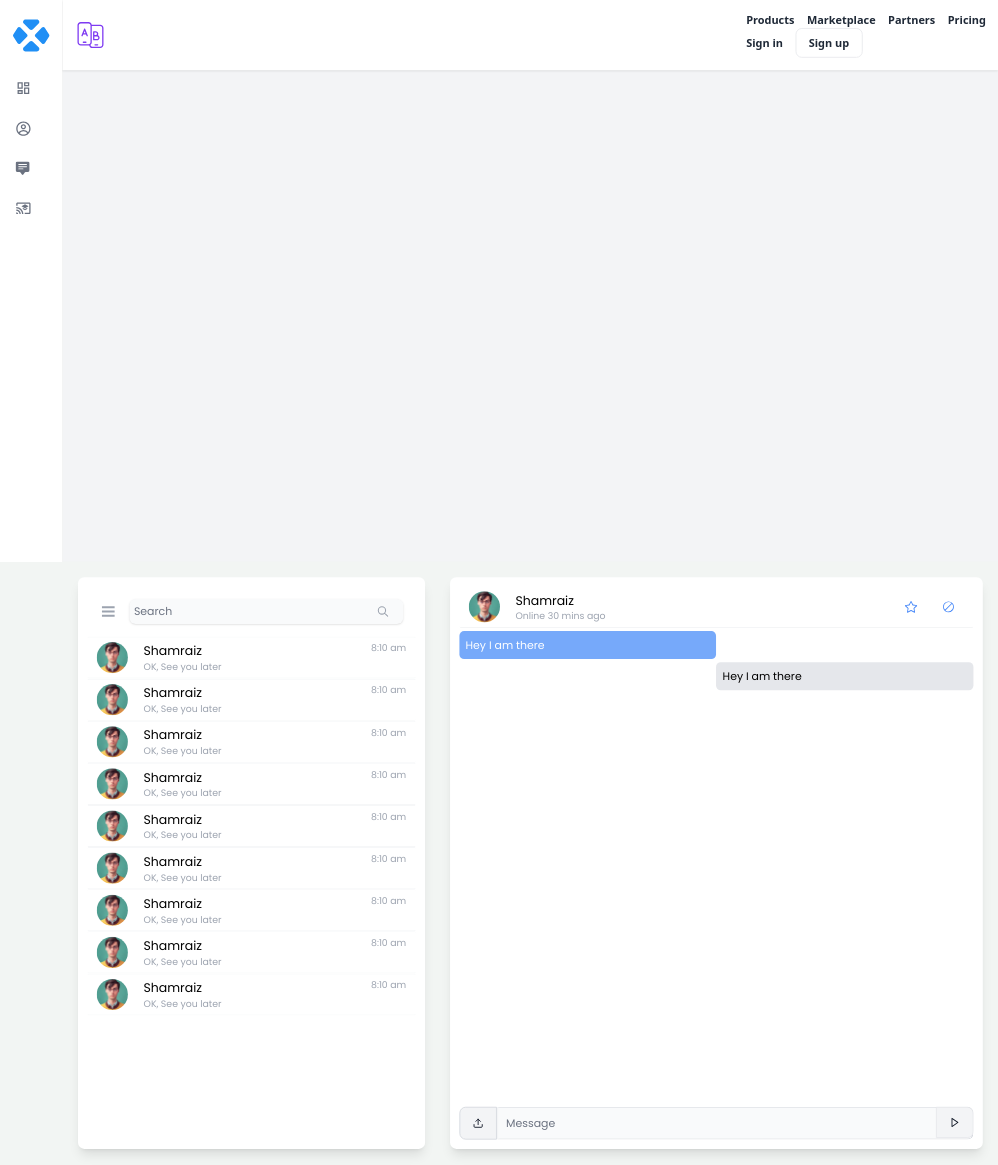
Repository: Shamraiz761/Frontend-Assessment
Page: /chat
These files come from the project's save history. The page is drawn as it stood at one moment and after the next save; the edit follows.
The browser window is 1280 px wide. The pictures show the whole page, at 78% of full size.
The project was rebuilt for these pictures with package versions that can differ from the ones it lists, and the page was loaded fresh each time. Also part of the build but not shown: vite.config.js, src/routes/root.jsx, src/pages/orders/index.jsx, src/pages/submission/index.jsx, src/pages/admin/index.css, src/components/admin/card.jsx, src/components/admin/addCard.jsx, src/pages/admin/index.jsx and 3 more. Imported but missing from the stored project, and not drawn on this page: src/pages/auth/login, src/pages/tasks, src/routes/profileLayout.

Above is the page before, as saved 2023-07-06 13:45:56.

### src/main.jsx
import ReactDOM from 'react-dom/client'

import React from 'react'

import App from './App.jsx'
import './index.css'

ReactDOM.createRoot(document.getElementById('root')).render(
  <React.StrictMode>
    <App />
  </React.StrictMode>,
)

### src/App.jsx
import React from 'react'
import { DndProvider } from 'react-dnd'
import { HTML5Backend } from 'react-dnd-html5-backend'
import 'flowbite'

import AppRoutes from './routes'

export default function App() {
  return (
    <DndProvider backend={HTML5Backend}>
      <AppRoutes />
    </DndProvider>
  )
}

### src/index.css
@import url("https://fonts.googleapis.com/css2?family=Poppins:wght@400;500;600;700;800;900&display=swap");

@tailwind base;
@tailwind components;
@tailwind utilities;

* {
  margin: 0;
  padding: 0;
}

body {
  margin: 0;
  font-family: "Poppins", -apple-system, BlinkMacSystemFont, "Segoe UI",
    "Roboto", "Oxygen", "Ubuntu", "Cantarell", "Fira Sans", "Droid Sans",
    "Helvetica Neue", sans-serif;
  -webkit-font-smoothing: antialiased;
  -moz-osx-font-smoothing: grayscale;
  width: 100vw;
  overflow-x: hidden;
  background-color: #f2f5f3;
  /* background: linear-gradient(180deg, #faefe8 0%, #edc7ac 100%); */
}

code {
  font-family: source-code-pro, Menlo, Monaco, Consolas, "Courier New",
    monospace;
}

.pointer-cursor {
  cursor: pointer;
}

.cusBorder {
  border: 1px solid #000;
  border-radius: 5px;
}

img {
  cursor: pointer;
}
.errors {
  color: #dc3545;
  padding: 0;
  margin: 0;
  font-size: 12px;
}
.loader {
  position: fixed;
  top: 0;
  bottom: 0;
  left: 0;
  right: 0;
  background-color: rgba(47, 151, 161, 0.32);

  display: flex;
  justify-content: center;
  align-items: center;
}

.link {
  color: #000;
  cursor: pointer;
  text-decoration: none;
}
.link:hover {
  color: #000;
}

.trans-btn {
  background-color: transparent;
  border: none;
}
.profile-logout-btn {
  border: 0;
}
.profile-logout-btn:hover {
  border: 0;
}
.profile-btn {
  border-radius: 0;
  border: 0;
}
.logout-btn {
  border-radius: 0;
  border: 0;
}
.logout-btn:hover {
  background-color: rgba(220, 53, 69, 0.5);
  border: 0;
  color: #fff;
}
.breadcrumbs ul {
  list-style: none;
  display: inline-block;
}

.breadcrumbs ul li {
  display: inline;
}

.breadcrumbs ul li .bc-link {
  /* display: block; */
  width: max-content;
  background-color: #f8f9fa;
  padding: 6px 15px 6px 25px;
  text-align: center;
  position: relative;
  margin: 0 10px 0 0;
  font-size: 15px;
  text-decoration: none;
  color: #000;
}
.breadcrumbs ul li .bc-link::after {
  content: "";
  border-top: 17px solid transparent;
  border-bottom: 17px solid transparent;
  border-left: 17px solid #f8f9fa;
  position: absolute;
  top: 0;
  right: -17px;
  z-index: 1;
}
.breadcrumbs ul li .bc-link::before {
  content: "";
  border-top: 17px solid transparent;
  border-bottom: 17px solid transparent;
  border-left: 17px solid #71cdd5;
  position: absolute;
  top: 0;
  left: 0;
}
.breadcrumbs ul li:first-child .bc-link {
  border-top-left-radius: 5px;
  border-bottom-left-radius: 5px;
}
.breadcrumbs ul li:first-child .bc-link::before {
  display: none;
}

.breadcrumbs ul li:last-child .bc-link {
  padding-right: 20px;
  border-top-right-radius: 5px;
  border-bottom-right-radius: 5px;
}
.breadcrumbs ul li:last-child .bc-link::after {
  display: none;
}

@media screen and (max-width: 500px) {
  .breadcrumbs ul li .bc-link {
    /* display: block; */
    padding: 2px 2px 2px 13px;
    /* margin: 0 10px 0 0; */
    font-size: 14px;
  }

  .breadcrumbs ul li .bc-link::after {
    content: "";
    border-top: 11.6px solid transparent;
    border-bottom: 11.6px solid transparent;
    border-left: 11.6px solid #f8f9fa;
    position: absolute;
    top: 0;
    right: -11.6px;
    z-index: 1;
  }
  .breadcrumbs ul li .bc-link::before {
    content: "";
    border-top: 11.6px solid transparent;
    border-bottom: 11.6px solid transparent;
    border-left: 11.6px solid #71cdd5;
    position: absolute;
    top: 0;
    left: 0;
  }
  .breadcrumbs ul li:last-child .bc-link {
    padding-right: 5px;
  }
}

@media screen and (max-width: 350px) {
  .breadcrumbs ul li .bc-link {
    /* display: block; */
    padding: 2px 2px 2px 12px;
    /* margin: 0 10px 0 0; */
    font-size: 10px;
  }

  .breadcrumbs ul li .bc-link::after {
    content: "";
    border-top: 9px solid transparent;
    border-bottom: 9px solid transparent;
    border-left: 9px solid #f8f9fa;
    position: absolute;
    top: 0;
    right: -9px;
    z-index: 1;
  }
  .breadcrumbs ul li .bc-link::before {
    content: "";
    border-top: 9px solid transparent;
    border-bottom: 9px solid transparent;
    border-left: 9px solid #edc7ac;
    position: absolute;
    top: 0;
    left: 0;
  }
  .breadcrumbs ul li:last-child .bc-link {
    padding-right: 5px;
  }
}

/* ********************************************** */

### src/routes/index.jsx
import {
  createBrowserRouter,
  createRoutesFromElements,
  RouterProvider,
  Route,
} from "react-router-dom";

import * as React from "react";

import Layout from "./layout";
import Root from "./root";

import Login from "../pages/auth/login";
import Chat from "../pages/chat";
import UserChat from "../components/chat/userChat";
import ProfileLayout from "./profileLayout";
import Tasks from "../pages/tasks";
import Orders from "../pages/orders";
import Submission from "../pages/submission";
import Admin from "../pages/admin";
import MarketPlace from "../pages/marketplace";
import View from "../pages/view";

export default function AppRoutes() {
  const router = createBrowserRouter(
    createRoutesFromElements(
      <Route>
        <Route path="/login" element={<Login />} />

        <Route element={<Layout />}>
          <Route path="/chat" element={<Chat />}>
            <Route path="userchat" element={<UserChat />} />
          </Route>
          <Route path="/marketplace" element={<MarketPlace />} />
          <Route path="/view" element={<View />} />

          <Route path={"/"} element={<ProfileLayout />}>
            {/* Add Task order payment submit route here */}
            <Route path="/admin" element={<Admin />} />
            <Route path="/" element={<Tasks />} />
            <Route path="/orders" element={<Orders />} />
            <Route path="/tasks" element={<Tasks />} />
            <Route path="/submission" element={<Submission />} />
          </Route>
        </Route>
      </Route>
    )
  );

  return <RouterProvider router={router} />;
}

### src/pages/chat/index.jsx
import { VscThreeBars } from "react-icons/vsc";

import React from "react";

import UserChat from "../../components/chat/userChat";
import ChatsCard from "../../components/chat/chatsCard";

function Chat() {
  return (
    <div className="m-5 grid grid-cols-1 md:grid-cols-5  gap-8 flex-wrap">
      <div className="col-span-1 md:col-span-2 p-3 bg-white rounded-lg shadow-lg min-h-screen">
        <form className="m-4">
          <div className="flex items-center">
            <VscThreeBars className=" mr-4   rounded-lg text-gray-400 cursor-pointer text-2xl" />
            <div className="relative w-full  ">
              <input
                type="search"
                id='location-search"'
                className=" p-1.5 w-full focus:ring-gray-300  z-20 text-sm text-gray-200 bg-gray-50 shadow rounded-lg"
                placeholder="Search"
                required
                style={{ border: "none", outline: "none" }}
              />

              <button
                type="submit"
                className="absolute top-0 right-0 p-1.5 text-sm font-medium text-gray-400  rounded-r-lg   "
              >
                <svg
                  aria-hidden="true"
                  className="w-4 h-4 mr-3 mt-0.5"
                  fill="none"
                  stroke="currentColor"
                  viewBox="0 0 24 24"
                  xmlns="http://www.w3.org/2000/svg"
                >
                  <path
                    strokeLinecap="round"
                    strokeLinejoin="round"
                    strokeWidth={2}
                    d="M21 21l-6-6m2-5a7 7 0 11-14 0 7 7 0 0114 0z"
                  />
                </svg>
                <span className="sr-only">Search</span>
              </button>
            </div>
          </div>
        </form>
        <ChatsCard />
        <ChatsCard />
        <ChatsCard />
        <ChatsCard />
        <ChatsCard />
        <ChatsCard />
        <ChatsCard />
        <ChatsCard />
        <ChatsCard />
      </div>

      <UserChat />
    </div>
  );
}

export default Chat;

### src/components/chat/userChat.jsx
import { VscCircleSlash } from "react-icons/vsc";
import { BsStar } from "react-icons/bs";
import { FiUpload } from "react-icons/fi";
import { BiRightArrow } from "react-icons/bi";

import React from "react";

import Profile from "../../assets/images/profilePic.jpg";

function UserChat() {
  return (
    <div className="col-span-1 md:col-span-3 p-3  bg-white rounded-lg shadow-lg overflow-y">
      {" "}
      <div className="flex flex-row  px-3 py-1.5  border-b border-gray-100 rounded-sm ">
        <img src={Profile} className="h-10 w-10 rounded-full" />
        <div className="ml-5 flex flex-row justify-between w-full ">
          <div>
            {" "}
            <h1>Shamraiz</h1>{" "}
            <p className="text-xs font-thin text-gray-400">
              Online 30 mins ago
            </p>
          </div>
          <div className="flex flex-row items-center">
            <BsStar className="text-blue-500 mr-8" />
            <VscCircleSlash className="text-blue-500 mr-3" />
          </div>
        </div>
      </div>
      <div className="chats ">
        <p className="text-sm bg-blue-400 rounded-md my-1 p-2 text-white flex flex-col  justify-end w-1/2">
          Hey I am there
        </p>

        <p className="text-sm bg-gray-200 rounded-md p-2  flex flex-col float-right justify-end w-1/2">
          Hey I am there
        </p>
      </div>
      <div
        className="flex flex-col w-full  justify-end "
        style={{ height: "80vh" }}
      >
        <form className=" ">
          <div className="flex">
            <button
              id="dropdown-button"
              data-dropdown-toggle="dropdown"
              className="flex-shrink-0 z-10 inline-flex items-center py-2.5 px-4 text-sm font-medium text-center text-gray-900 bg-gray-100 border border-gray-300 dark:border-gray-700 dark:text-white rounded-l-lg hover:bg-gray-200  focus:outline-none "
              type="button"
            >
              <FiUpload />
            </button>
            <div
              id="dropdown"
              className="z-10 hidden bg-white divide-y divide-gray-100 rounded-lg shadow w-44 dark:bg-gray-700"
            >
              <ul
                className="py-2 text-sm text-gray-700 dark:text-gray-200"
                aria-labelledby="dropdown-button"
              >
                <li>
                  <a
                    href="#"
                    className="block px-4 py-2 hover:bg-gray-100 dark:hover:bg-gray-600 dark:hover:text-white"
                  >
                    Photo
                  </a>
                </li>
                <li>
                  <a
                    href="#"
                    className="block px-4 py-2 hover:bg-gray-100 dark:hover:bg-gray-600 dark:hover:text-white"
                  >
                    Vedio
                  </a>
                </li>
                <li>
                  <a
                    href="#"
                    className="block px-4 py-2 hover:bg-gray-100 dark:hover:bg-gray-600 dark:hover:text-white"
                  >
                    Document
                  </a>
                </li>
                <li>
                  <a
                    href="#"
                    className="block px-4 py-2 hover:bg-gray-100 dark:hover:bg-gray-600 dark:hover:text-white"
                  >
                    Finance
                  </a>
                </li>
              </ul>
            </div>
            <div className="relative w-full">
              <input
                type="search"
                id="search-dropdown"
                className="block p-2.5 w-full z-20 text-sm text-gray-900 bg-gray-50 rounded-r-lg border-l-gray-100 border-l-2 border border-gray-300 focus:ring-blue-500 focus:border-blue-500 dark:bg-gray-700 dark:border-gray-600 dark:placeholder-gray-400 dark:text-white dark:focus:border-blue-500"
                placeholder="Message"
              />
              <button
                type="submit"
                className="absolute top-0 right-0 z-10 py-3 px-4 text-sm font-medium text-gray-900 bg-gray-100 rounded-r-lg border "
              >
                <BiRightArrow />
              </button>
            </div>
          </div>
        </form>
      </div>
    </div>
  );
}

export default UserChat;

### src/routes/index.css
.sidebar {
    transition: all 0.2s ease-in;
}
.hidden-link {
    transition: all 1s ease-in;
}

### src/components/header/index.jsx
import { IoIosNotifications } from "react-icons/io";
import { Dropdown } from "flowbite-react";
import { CgProfile } from "react-icons/cg";

import React from "react";
import { Link } from "react-router-dom";

function Header() {
  const [notification, setNotification] = React.useState(false);
  const [profile, setProfile] = React.useState(false);

  return (
    <div>
      {/* component */}

      <div class="bg-gray-100 font-sans w-full min-h-screen m-0">
        <div class="bg-white shadow">
          <div class="container mx-auto px-4">
            <div class="flex items-center justify-between py-4">
              <div>
                <svg
                  xmlns="http://www.w3.org/2000/svg"
                  class="w-10 h-10 text-purple-600"
                  viewBox="0 0 24 24"
                >
                  <path
                    fill="currentColor"
                    d="M14.5,16 C14.2238576,16 14,15.7761424 14,15.5 L14,9.5 C14,9.22385763 14.2238576,9 14.5,9 L16,9 C17.1045695,9 18,9.8954305 18,11 C18,11.4116588 17.8756286,11.7942691 17.6624114,12.1123052 C18.4414283,12.3856578 19,13.1275982 19,14 C19,15.1045695 18.1045695,16 17,16 L14.5,16 Z M15,15 L17,15 C17.5522847,15 18,14.5522847 18,14 C18,13.4477153 17.5522847,13 17,13 L15,13 L15,15 Z M15,12 L16,12 C16.5522847,12 17,11.5522847 17,11 C17,10.4477153 16.5522847,10 16,10 L15,10 L15,12 Z M12.9499909,4 L19.5,4 C20.8807119,4 22,5.11928813 22,6.5 L22,19.5 C22,20.8807119 20.8807119,22 19.5,22 L13.5,22 C12.2700325,22 11.2475211,21.1117749 11.0389093,19.9417682 C10.8653433,19.9799013 10.6850188,20 10.5,20 L4.5,20 C3.11928813,20 2,18.8807119 2,17.5 L2,4.5 C2,3.11928813 3.11928813,2 4.5,2 L10.5,2 C11.709479,2 12.7183558,2.85887984 12.9499909,4 Z M13,5 L13,17.5 C13,18.3179089 12.6072234,19.0440799 12,19.5001831 C12.0000989,20.3285261 12.6716339,21 13.5,21 L19.5,21 C20.3284271,21 21,20.3284271 21,19.5 L21,6.5 C21,5.67157288 20.3284271,5 19.5,5 L13,5 Z M8.56005566,11.4964303 C8.54036595,11.4987873 8.52032459,11.5 8.5,11.5 L6.5,11.5 C6.47967541,11.5 6.45963405,11.4987873 6.43994434,11.4964303 L5.96423835,12.6856953 C5.86168164,12.9420871 5.57069642,13.066795 5.31430466,12.9642383 C5.0579129,12.8616816 4.93320495,12.5706964 5.03576165,12.3143047 L7.03576165,7.31430466 C7.20339081,6.89523178 7.79660919,6.89523178 7.96423835,7.31430466 L9.96423835,12.3143047 C10.066795,12.5706964 9.9420871,12.8616816 9.68569534,12.9642383 C9.42930358,13.066795 9.13831836,12.9420871 9.03576165,12.6856953 L8.56005566,11.4964303 Z M8.16148352,10.5 L7.5,8.8462912 L6.83851648,10.5 L8.16148352,10.5 Z M10.5,3 L4.5,3 C3.67157288,3 3,3.67157288 3,4.5 L3,17.5 C3,18.3284271 3.67157288,19 4.5,19 L10.5,19 C11.3284271,19 12,18.3284271 12,17.5 L12,4.5 C12,3.67157288 11.3284271,3 10.5,3 Z M6.5,18 C6.22385763,18 6,17.7761424 6,17.5 C6,17.2238576 6.22385763,17 6.5,17 L8.5,17 C8.77614237,17 9,17.2238576 9,17.5 C9,17.7761424 8.77614237,18 8.5,18 L6.5,18 Z M15.5,20 C15.2238576,20 15,19.7761424 15,19.5 C15,19.2238576 15.2238576,19 15.5,19 L17.5,19 C17.7761424,19 18,19.2238576 18,19.5 C18,19.7761424 17.7761424,20 17.5,20 L15.5,20 Z"
                  />
                </svg>
              </div>

              <div>
                <div class="hidden sm:flex sm:items-center">
                  <a
                    href="#"
                    class="text-gray-800 text-sm font-semibold hover:text-purple-600 mr-4"
                  >
                    Products
                  </a>
                  <a
                    href="#"
                    class="text-gray-800 text-sm font-semibold hover:text-purple-600 mr-4"
                  >
                    Marketplace
                  </a>
                  <a
                    href="#"
                    class="text-gray-800 text-sm font-semibold hover:text-purple-600 mr-4"
                  >
                    Partners
                  </a>
                  <a
                    href="#"
                    class="text-gray-800 text-sm font-semibold hover:text-purple-600"
                  >
                    Pricing
                  </a>
                </div>

                <div class="hidden sm:flex sm:items-center">
                  <a
                    href="#"
                    class="text-gray-800 text-sm font-semibold hover:text-purple-600 mr-4"
                  >
                    Sign in
                  </a>
                  <a
                    href="#"
                    class="text-gray-800 text-sm font-semibold border px-4 py-2 rounded-lg hover:text-purple-600 hover:border-purple-600"
                  >
                    Sign up
                  </a>
                </div>
              </div>
              <div class="sm:hidden cursor-pointer">
                <svg
                  xmlns="http://www.w3.org/2000/svg"
                  class="w-6 h-6 text-purple-600"
                  viewBox="0 0 24 24"
                >
                  <path
                    fill="currentColor"
                    d="M12.9499909,17 C12.7183558,18.1411202 11.709479,19 10.5,19 C9.29052104,19 8.28164422,18.1411202 8.05000906,17 L3.5,17 C3.22385763,17 3,16.7761424 3,16.5 C3,16.2238576 3.22385763,16 3.5,16 L8.05000906,16 C8.28164422,14.8588798 9.29052104,14 10.5,14 C11.709479,14 12.7183558,14.8588798 12.9499909,16 L20.5,16 C20.7761424,16 21,16.2238576 21,16.5 C21,16.7761424 20.7761424,17 20.5,17 L12.9499909,17 Z M18.9499909,12 C18.7183558,13.1411202 17.709479,14 16.5,14 C15.290521,14 14.2816442,13.1411202 14.0500091,12 L3.5,12 C3.22385763,12 3,11.7761424 3,11.5 C3,11.2238576 3.22385763,11 3.5,11 L14.0500091,11 C14.2816442,9.85887984 15.290521,9 16.5,9 C17.709479,9 18.7183558,9.85887984 18.9499909,11 L20.5,11 C20.7761424,11 21,11.2238576 21,11.5 C21,11.7761424 20.7761424,12 20.5,12 L18.9499909,12 Z M9.94999094,7 C9.71835578,8.14112016 8.70947896,9 7.5,9 C6.29052104,9 5.28164422,8.14112016 5.05000906,7 L3.5,7 C3.22385763,7 3,6.77614237 3,6.5 C3,6.22385763 3.22385763,6 3.5,6 L5.05000906,6 C5.28164422,4.85887984 6.29052104,4 7.5,4 C8.70947896,4 9.71835578,4.85887984 9.94999094,6 L20.5,6 C20.7761424,6 21,6.22385763 21,6.5 C21,6.77614237 20.7761424,7 20.5,7 L9.94999094,7 Z M7.5,8 C8.32842712,8 9,7.32842712 9,6.5 C9,5.67157288 8.32842712,5 7.5,5 C6.67157288,5 6,5.67157288 6,6.5 C6,7.32842712 6.67157288,8 7.5,8 Z M16.5,13 C17.3284271,13 18,12.3284271 18,11.5 C18,10.6715729 17.3284271,10 16.5,10 C15.6715729,10 15,10.6715729 15,11.5 C15,12.3284271 15.6715729,13 16.5,13 Z M10.5,18 C11.3284271,18 12,17.3284271 12,16.5 C12,15.6715729 11.3284271,15 10.5,15 C9.67157288,15 9,15.6715729 9,16.5 C9,17.3284271 9.67157288,18 10.5,18 Z"
                  />
                </svg>
              </div>
            </div>

            <div class="block sm:hidden bg-white border-t-2 py-2">
              <div class="flex flex-col">
                <a
                  href="#"
                  class="text-gray-800 text-sm font-semibold hover:text-purple-600 mb-1"
                >
                  Products
                </a>
                <a
                  href="#"
                  class="text-gray-800 text-sm font-semibold hover:text-purple-600 mb-1"
                >
                  Marketplace
                </a>
                <a
                  href="#"
                  class="text-gray-800 text-sm font-semibold hover:text-purple-600 mb-1"
                >
                  Partners
                </a>
                <a
                  href="#"
                  class="text-gray-800 text-sm font-semibold hover:text-purple-600 mb-1"
                >
                  Pricing
                </a>
                <div class="flex justify-between items-center border-t-2 pt-2">
                  <a
                    href="#"
                    class="text-gray-800 text-sm font-semibold hover:text-purple-600 mr-4"
                  >
                    Sign in
                  </a>
                  <a
                    href="#"
                    class="text-gray-800 text-sm font-semibold border px-4 py-1 rounded-lg hover:text-purple-600 hover:border-purple-600"
                  >
                    Sign up
                  </a>
                </div>
              </div>
            </div>
          </div>
        </div>
      </div>
    </div>
  );
}

export default Header;

### src/components/chat/chatsCard.jsx
import React from "react";

import Profile from "../../assets/images/profilePic.jpg";

function ChatsCard() {
  return (
    <div className="flex flex-row px-3 py-1.5  border-y border-gray-100 rounded-sm hover:bg-blue-200">
      <img src={Profile} className="h-10 w-10 rounded-full" />
      <div className="ml-5 flex flex-row justify-between w-full ">
        <div>
          {" "}
          <h1>Shamraiz</h1>{" "}
          <p className="text-xs font-thin text-gray-400">OK, See you later</p>
        </div>
        <p className="text-xs font-thin text-gray-400">8:10 am</p>
      </div>
    </div>
  );
}

export default ChatsCard;

### tailwind.config.cjs
const colors = require('tailwindcss/colors');
const defaultTheme = require('tailwindcss/defaultTheme');

module.exports = {
  content: ['./src/**/*.{js,jsx,ts,tsx}', "node_modules/flowbite/**/*.js"],
  theme: {
    extend: {
      colors: {
        // set primary color from figma
        // primary: {
        // },
      },
      fontFamily: {
        poppins: ['Poppins', ...defaultTheme.fontFamily.sans],
      },
      fontSize: {
        xxs: '0.5rem',
      },
    },
  },
  plugins: [
    require('flowbite/plugin')
  ],

};

Loaded but not shown: index.html (common file); src/routes/layout.jsx (133 lines, source omitted)

After the next save:
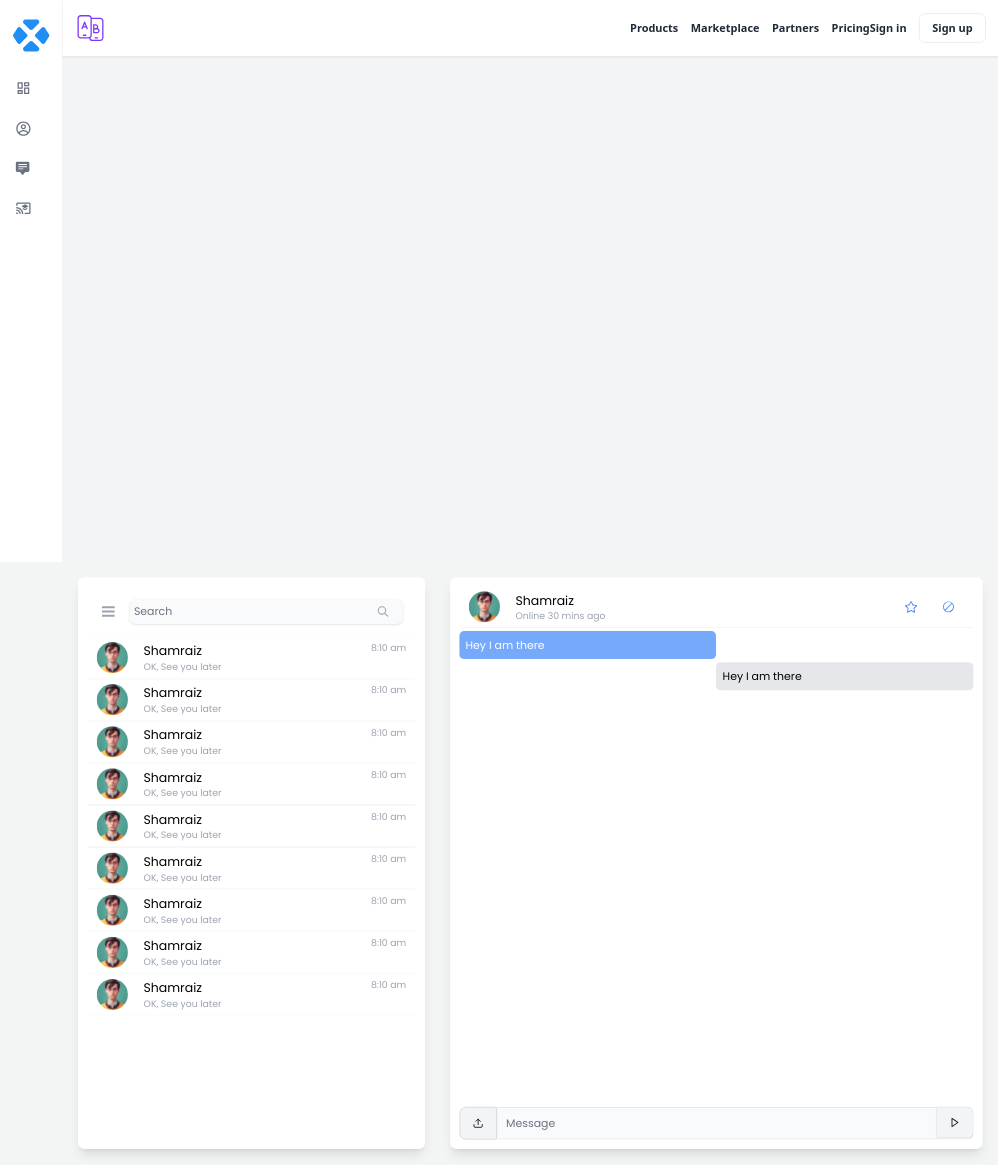
Saved 20 s later.
--- a/src/components/header/index.jsx
+++ b/src/components/header/index.jsx
@@ -30,7 +30,7 @@ function Header() {
                 </svg>
               </div>
 
-              <div>
+              <div className="flex flex-row">
                 <div class="hidden sm:flex sm:items-center">
                   <a
                     href="#"
